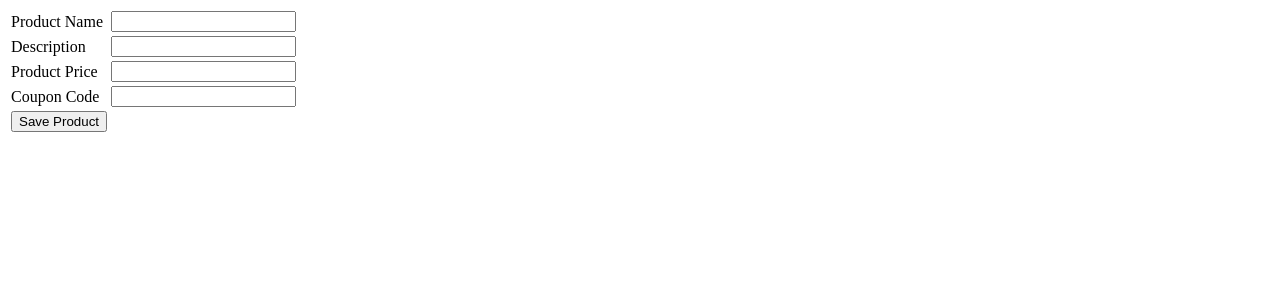
Repository: payal033/Java-Servlets-JSP
Page: http://localhost/FinalProject/createProduct.jsp
An editor plug-in stored every save of this project. The page is shown before and after the next save, followed by the edit.
The browser window is 1280 px wide. The pictures show the whole page.
The page is served by Tomcat 9. Other server files are loaded and not shown.

Above is the page before, as saved 2022-05-30 18:00:08.

### FinalProject/WebContent/createProduct.jsp
<%@ page language="java" contentType="text/html; charset=ISO-8859-1"
	pageEncoding="ISO-8859-1"
%>
<!DOCTYPE html>
<html>
<head>
<meta charset="ISO-8859-1">
<title>Create Product</title>
</head>
<body>
	<form method="post" action="products">
		<table>
			<tr>
				<td>Product Name</td>
				<td><input type="text" name="productName"></td>
			</tr>
			<tr>
				<td>Description</td>
				<td><input type="text" name="description"></td>
			</tr>
			<tr>
				<td>Product Price</td>
				<td><input type="text" name="price"></td>
			</tr>
			<tr>
				<td>Coupon Code</td>
				<td><input type="text" name="couponCode"></td>
			</tr>
			<td><input type="submit" value="Save Product"></td>
		</table>
	</form>
</body>
</html>

After the next save:
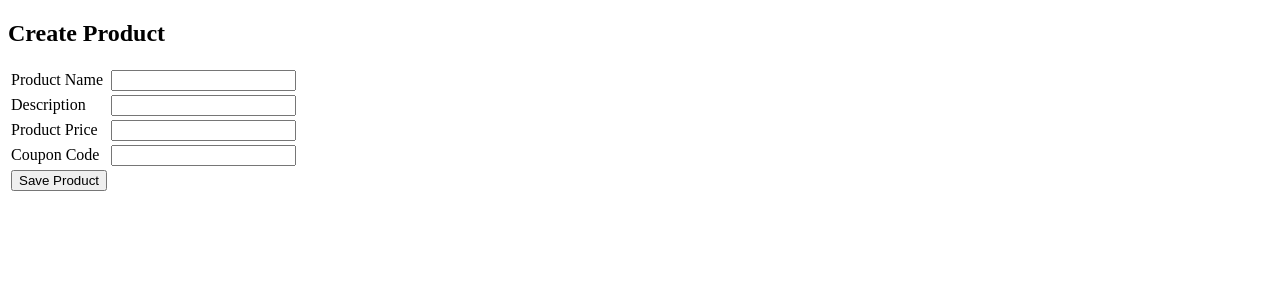
Saved 25 s later.
--- a/FinalProject/WebContent/createProduct.jsp
+++ b/FinalProject/WebContent/createProduct.jsp
@@ -8,6 +8,7 @@
 <title>Create Product</title>
 </head>
 <body>
+	<h2>Create Product</h2>
 	<form method="post" action="products">
 		<table>
 			<tr>
